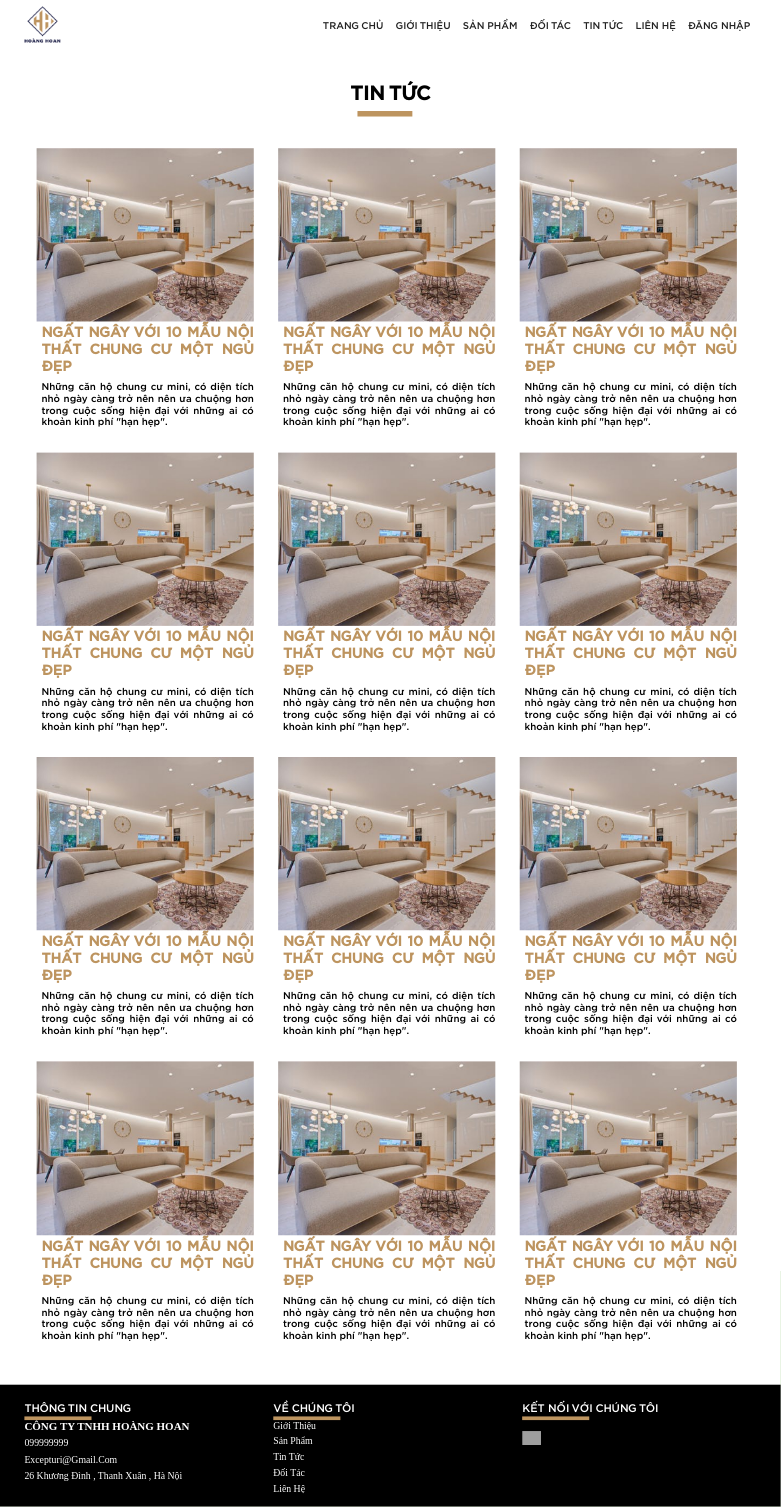
Repository: LDDUNG2003/prj_2
Page: /news
The author's editor kept a copy of each file at every save. The page is drawn from the files as they stood at one save, then again after the next save.
The browser window is 1280 px wide. The pictures show the whole page, at 61% of full size.
Pictures or frames that could not be fetched are drawn as grey boxes. The project was rebuilt for these pictures with package versions that can differ from the ones it lists, and the page was loaded fresh each time. Also part of the build but not shown: src/font-awesome/index.js, src/pages/home/setProductSlick/index.js, src/pages/home/index.js, src/styles/css/contact.css, src/pages/contact/index.js, src/pages/notfoud/index.js, src/pages/login/index.js.

Above is the page before, as saved 2023-09-22 10:54:40.

### public/index.html
<!doctype html>
<html lang="en">
  <head>
    <meta charset="utf-8">
    <meta name="viewport" content="width=device-width, initial-scale=1">
    <link rel="shortcut icon" href="./img/logo.png">
    <link rel="preconnect" href="https://fonts.googleapis.com">
    <link rel="preconnect" href="https://fonts.gstatic.com" crossorigin>
    <link href="https://fonts.googleapis.com/css2?family=Roboto:ital,wght@0,100;0,300;0,400;0,500;1,100;1,400;1,500;1,700;1,900&display=swap" rel="stylesheet">
    <title>Nội Thất Hoàng Hoan</title>
  </head>
  <body>
    <div id="root"></div>
  </body>
</html>

### src/index.js
import React from 'react';
import ReactDOM from 'react-dom';
import App from './App';
import './index.css';

const root = ReactDOM.createRoot(document.getElementById('root'));
root.render(
  <React.StrictMode>
    <App />
  </React.StrictMode>,
);

### src/App.js
import React, { Component, Fragment } from 'react';
import { BrowserRouter as Router , Routes, Route } from 'react-router-dom';
import defaultLayout from './layouts/defaultLayout';
import { publicRoute } from './routes';
import "slick-carousel/slick/slick.css";
import "slick-carousel/slick/slick-theme.css";
import './styles/css/responsive.css';

class App extends Component {
  render() {
    return (
      <Router>
        <div className="App">
        <Routes>
          {publicRoute.map((route ,index) => {
              const Page = route.component
              let Layout
              if(route.layout === 'notlayout'){
                Layout = Fragment
              }else{
                Layout = defaultLayout
              }
              return (<Route
                key={index}
                path={route.path}
                element={
                <Layout>
                    <Page/>
                  </Layout>
                }/>);
            })}
        </Routes>
        </div>
      </Router>
    );
  }
}

export default App;

### src/index.css
@font-face {
    font-family: "Gotham-Medium";
    src: url(./styles/front/Gotham-Medium.otf);
}

@font-face {
    font-family: "Gotham-Thin";
    src: url(./styles/front/Gotham-Thin.otf);
}

@font-face {
    font-family: "Gotham-Ultra";
    src: url(./styles/front/Gotham-Ultra.otf);
}

### src/layouts/defaultLayout/index.js
// import PropTypes from 'prop-types'
import Header from "../header";
import Footer from "../footer";
import "../../styles/css/base.css";

function defaultLayout({children}) {
    return(
        <>
        <Header />
        <div className="content">{children}</div>
        <Footer />
        </>
    );
}

// DefaultLayout.propTypes = {
//     children: PropTypes.node.isRequired
// };
export default defaultLayout

### src/routes/index.js
import Home from '~/pages/home'
import News from '~/pages/news'
import Contact from '~/pages/contact'
import page404 from '~/pages/notfoud'
import Login from '~/pages/login'

const publicRoute = [
    {path: '/',component: Home},
    {path: '/news',component: News},
    {path: '/contact',component: Contact},
    {path: '/*',component: page404, layout: 'notlayout'},
    {path: '/login',component: Login,layout: 'notlayout'}
]

export  {publicRoute}

### src/styles/css/responsive.css
@media (min-width:767px) {
    #mobileMenu {
        display: none;
    }
}

@media (max-width: 767px) {
    #root {
        margin: 0px 5px;
    }
    #mobileMenu {
        display: block;
        text-align: center;
    }
    .logo--block {
        width: 100%;
        display: flex;
        align-items: center;
        justify-content: space-between;
    }
    .navBar {
        display: block;
        height: auto;
    }
    .choose-item {
        width: 100%;
    }
    .menu-mobile {
        width: 40px;
        height: 40px;
        padding: 10px;
        border: 0px;
        background-color: var(--primary-color);
    }
    .news--item-container {
        font-size: 11px;
    }
    .content--title::before {
        display: none;
    }
    .new--item-heading {
        font-size: 14px;
    }
    .navBar__list {
        display: none;
        width: 100%;
    }
    .navBar__list-item {
        padding: 4px;
        border-bottom: 2px solid #ccc;
    }
    .about__us {
        background: none;
    }
    .about__us::before {
        background: none;
    }
    .content__focut {
        position: static;
    }
    .focut--item {
        width: 50%;
    }
    .content__banner {
        width: 100%;
    }
    .banner--content {
        display: none;
    }
    .slick-prev:before,
    .slick-next:before {
        display: none;
    }
    .about--background {
        display: none;
    }
    .about__us-bag {
        position: static;
    }
    .about--block {
        display: block;
    }
    .about--content {
        width: 100%;
        color: var(--text-color);
    }
    .about--content img {
        width: 100%;
    }
    .content--title {
        color: var(--text-color);
    }
    .news--contain {
        display: block;
    }
    .mobile-display {
        display: none;
    }
    .news--contain--item {
        width: 100%;
    }
    .news--list-item {
        width: 100%;
        overflow: hidden;
    }
    .news--list-item img {
        height: 100%;
    }
    .partner--list {
        flex-wrap: wrap;
    }
    .partner--item {
        width: 50%;
    }
    .content--contact {
        display: none;
    }
    .footer__lable {
        display: block;
    }
    .footer--list {
        width: 100%;
        padding: 10px 0px;
    }
    .footer--list-item {
        width: 100%;
        padding: 5px 0px;
    }
    /* news responsive */
    .news--content-list {
        margin: 0px 20px;
    }
    .news--content-item {
        width: 100%;
    }
    .featured--list {
        width: 100%;
        margin: 10px;
        flex-wrap: wrap;
    }
    .featured--item {
        width: 100%;
    }
}

### src/layouts/header/index.js
import ListMenu from "./itemsHeader";
import Login from "./login";
import { FontAwesomeIcon } from "@fortawesome/react-fontawesome"
import { faBars} from "@fortawesome/free-solid-svg-icons";
function Header(){
    let Href = window.location.href
    console.log(Href)

    return (
        <div className="header">
            <div className="navBar">
                <div className="logo--block">
                <img src="./img/logo.png" alt="logo" className="logo" />
                <button onClick={clickMenu} className="menu-mobile" id="mobileMenu"><FontAwesomeIcon icon={faBars} color="#fff"/></button>
                </div>
                <ul className="navBar__list">
                    <ListMenu/>
                    <Login/>
                </ul>
            </div>
        </div>
    )
}
function clickMenu(){
    if (document.getElementsByClassName("navBar__list")[0].style.display === "block") {
        document.getElementsByClassName("navBar__list")[0].style.display = null;
    } else {
        document.getElementsByClassName("navBar__list")[0].style.display = "block";
    }
}

export default Header

### src/styles/css/base.css
* {
    padding: 0px;
    margin: 0px;
    font-family: "Gotham-Medium";
    text-align: justify;
}

:root {
    --primary-color: #bd945f;
    --text-color: #222222;
}


/* font setting */

.App {
    width: 100%;
    overflow: hidden;
    background-color: #fff;
}

.main {
    width: 100%;
}

.header {
    padding: 10px 0px;
    margin: auto;
    width: 100%;
    max-width: 1200px;
}

.navBar {
    display: flex;
    width: 100%;
    justify-content: space-between;
}

.logo {
    height: 60px;
}

.navBar__list {
    display: flex;
    list-style: none;
    align-items: center;
}

.navBar__list-item {
    margin: 0 10px;
    position: relative;
}

.navBar__list--link {
    text-transform: uppercase;
    font-size: 16px;
    color: var(--text-color);
    text-decoration: none;
}

.navBar__list-item::before {
    content: '';
    background-color: var(--primary-color);
    display: block;
    height: 4px;
    margin-top: 7px;
    width: 0px;
    top: 75%;
    position: absolute;
    transition: 0.3s;
    z-index: 1;
}

.select--item::before {
    content: '';
    background-color: var(--primary-color);
    display: block;
    height: 4px;
    margin-top: 7px;
    width: 65px;
    top: 75%;
    position: absolute;
    z-index: 1;
}

.navBar__list-item:hover::before {
    width: 65px;
}

.featured--content {
    padding-top: 10px;
    text-align: center;
}

.featured-name {
    display: contents;
    font-size: 18px;
    text-transform: capitalize;
}

.evaluate--list {
    list-style: none;
    display: flex;
    justify-content: center;
}

.evaluate--list li {
    padding: 5px;
    margin: 0;
}

.note-product {}

.content--title {
    font-size: 32px;
    padding: 50px 0px;
    text-align: center;
    position: relative;
    text-transform: uppercase;
}

.content--title::before {
    content: '';
    background-color: var(--primary-color);
    width: 90px;
    height: 9px;
    position: absolute;
    top: 70%;
    right: 47%;
}

.content__featured {
    width: 100%;
    max-width: 1200px;
    margin: auto;
    padding-bottom: 30px;
}

.featured--list {
    width: 100%;
    list-style: none;
    display: flex;
    text-align: center;
}

.featured--item {}

.featured--img {
    width: 80%;
    margin: auto;
}

.price-product {
    text-align: center;
    padding: 7px 0px;
    font-weight: 800;
    font-size: 16px;
}

.slick-prev:before,
.slick-next:before {
    color: var(--primary-color) !important;
    width: 15px;
    display: inline-block;
}

.footer {
    padding: 20px 0px;
    background-color: black;
}

.footer__lable {
    max-width: 1200px;
    margin: auto;
    display: flex;
    width: 100%;
    justify-content: space-around;
    color: #fff;
    justify-content: space-between;
}

.footer--list {
    list-style: none;
    width: 32%;
}

.footer--list-item {
    font-size: 16px;
    padding-top: 8px;
    text-transform: capitalize;
    font-family: initial;
}

.footer--list-heading {
    font-size: 18px;
    font-weight: 300;
    text-transform: uppercase;
    position: relative;
    padding-bottom: 0px;
    font-family: 'Gotham-Medium';
}

.footer--list-heading::after {
    content: '';
    background-color: var(--primary-color);
    width: 110px;
    padding-top: 6px;
    position: absolute;
    left: 0px;
    bottom: -8px;
}

.footer--inheri {
    text-transform: uppercase;
    font-weight: 600;
    font-size: 18px;
}

.footer--list-contact {
    display: flex;
    list-style: none;
}

.fooder--list-contact-item {
    width: 16px;
    padding: 5px;
}

### src/pages/news/index.js
import NewsList from "./newsListItem";
import "~/styles/css/news.css"
function News() {
    document.title = 'Tin Tức';
    return (
        <div className="news--contet">
            <h2 className="content--title">tin tức</h2>
            <ul className="news--content-list">
                <NewsList/>
            </ul>
        </div>

     );
}

export default News;

### src/layouts/header/itemsHeader/index.js
import { Link } from "react-router-dom"

function ListMenu() {
    var menuItem = ["Trang Chủ", "Giới Thiệu","sản phẩm","Đối Tác","tin tức","Liên hệ"]
    var menuLink = ["/", "/About", "/Products","partner", "/News", "/Contact"]
    var menubar =[]
    for (var i = 0; i < menuItem.length; i++) {
        menubar.push(
            <li onClick={clickLink} className="navBar__list-item" key={i}>
                <Link className="navBar__list--link" to={menuLink[i]}>{menuItem[i]}</Link>
            </li>
        )
        console.log(menuItem[i])
    }
    return (
        <>
        {menubar}
        </>
    );

    function clickLink(){
        document.getElementsByClassName("navBar__list")[0].style.display = null;
    }
}


export default ListMenu;

### src/layouts/header/login/index.js
import { Link } from "react-router-dom"

function Login() {
    var LoginCheck = false
    let nameAccount = "Dung"
    if(LoginCheck){
        return (
            <li onClick={clickLink} className="navBar__list-item">
                <Link className="navBar__list--link">
                    {nameAccount}
                    <ul className="Login--navBar">
                        <li className="Login__list-item">
                            <Link className="navBar__list--link">tài khoản </Link>
                        </li>
                        <li className="Login__list-item">
                            <Link className="navBar__list--link">đổi mật khẩu </Link>
                        </li>
                        <li className="Login__list-item">
                            <Link className="navBar__list--link">đăng xuất</Link>
                        </li>
                    </ul>
                </Link>
            </li>
        )
    }
    else{
        return(
            <li className="navBar__list-item">
                <Link to = "/login" className="navBar__list--link">Đăng Nhập</Link>
            </li>
        )
    }

    function clickLink(){
        document.getElementsByClassName("navBar__list")[0].style.display = null;
    }
}

export default Login;

### src/styles/css/news.css
.news--contet {
    width: 100%;
    max-width: 1200px;
    margin: auto;
    padding-bottom: 50px;
}

.news--content-list {
    display: flex;
    flex-wrap: wrap;
    list-style: none;
    align-items: center;
}

.news--content-item {
    width: 33%;
    padding: 20px;
    box-sizing: border-box;
}

.news--item-img {
    width: 100%;
}

.news--item-contain {
    margin: auto;
    margin-left: 8px;
}

.news--contain-heading {
    font-size: 23px;
    color: var(--primary-color);
    text-transform: uppercase;
}

.news--contain-text {
    padding: 10px 0px 0px 0px;
    font-size: 16px;
}

### src/pages/notfoud/index.css
* {
    -webkit-box-sizing: border-box;
    box-sizing: border-box;
}

body {
    padding: 0;
    margin: 0;
}

#notfound {
    position: relative;
    height: 100vh;
}

#notfound .notfound {
    position: absolute;
    left: 50%;
    top: 50%;
    -webkit-transform: translate(-50%, -50%);
    -ms-transform: translate(-50%, -50%);
    transform: translate(-50%, -50%);
}

.notfound {
    max-width: 520px;
    width: 100%;
    line-height: 1.4;
    text-align: center;
}

.notfound .notfound-404 {
    position: relative;
    height: 200px;
    margin: 0px auto 20px;
    z-index: -1;
}

.notfound .notfound-404 h1 {
    font-family: 'Montserrat', sans-serif;
    font-size: 236px;
    font-weight: 200;
    margin: 0px;
    color: #211b19;
    text-transform: uppercase;
    position: absolute;
    left: 50%;
    top: 50%;
    -webkit-transform: translate(-50%, -50%);
    -ms-transform: translate(-50%, -50%);
    transform: translate(-50%, -50%);
}

.notfound .notfound-404 h2 {
    font-family: 'Montserrat', sans-serif;
    font-size: 28px;
    font-weight: 400;
    text-transform: uppercase;
    color: #211b19;
    background: #fff;
    padding: 10px 5px;
    margin: auto;
    display: inline-block;
    position: absolute;
    bottom: 0px;
    left: 0;
    right: 0;
}

.notfound a {
    font-family: 'Montserrat', sans-serif;
    display: inline-block;
    font-weight: 700;
    text-decoration: none;
    color: #fff;
    text-transform: uppercase;
    padding: 13px 23px;
    background: #ff6300;
    font-size: 18px;
    -webkit-transition: 0.2s all;
    transition: 0.2s all;
}

.notfound a:hover {
    color: #ff6300;
    background: #211b19;
}

@media only screen and (max-width: 767px) {
    .notfound .notfound-404 h1 {
        font-size: 148px;
    }
}

@media only screen and (max-width: 480px) {
    .notfound .notfound-404 {
        height: 148px;
        margin: 0px auto 10px;
    }
    .notfound .notfound-404 h1 {
        font-size: 86px;
    }
    .notfound .notfound-404 h2 {
        font-size: 16px;
    }
    .notfound a {
        padding: 7px 15px;
        font-size: 14px;
    }
}

### src/styles/css/login.css
.login-page {
    width: 360px;
    padding: 8% 0 0;
    margin: auto;
}

.form {
    position: relative;
    z-index: 1;
    background: #FFFFFF;
    max-width: 360px;
    margin: 0 auto 100px;
    padding: 45px;
    text-align: center;
    box-shadow: 0 0 20px 0 rgba(0, 0, 0, 0.2), 0 5px 5px 0 rgba(0, 0, 0, 0.24);
}

.form input {
    font-family: "Roboto", sans-serif;
    outline: 0;
    background: #f2f2f2;
    width: 100%;
    border: 0;
    margin: 0 0 15px;
    padding: 15px;
    box-sizing: border-box;
    font-size: 14px;
}

.form button {
    font-family: "Roboto", sans-serif;
    text-transform: uppercase;
    outline: 0;
    background: #4CAF50;
    width: 100%;
    border: 0;
    padding: 15px;
    color: #FFFFFF;
    font-size: 14px;
    -webkit-transition: all 0.3 ease;
    transition: all 0.3 ease;
    cursor: pointer;
}

.form button:hover,
.form button:active,
.form button:focus {
    background: #43A047;
}

.form .message {
    margin: 15px 0 0;
    color: #b3b3b3;
    font-size: 12px;
}

.form .message a {
    color: #4CAF50;
    text-decoration: none;
}

.form .register-form {
    display: none;
}

.container {
    position: relative;
    z-index: 1;
    max-width: 300px;
    margin: 0 auto;
}

.container:before,
.container:after {
    content: "";
    display: block;
    clear: both;
}

.container .info {
    margin: 50px auto;
    text-align: center;
}

.container .info h1 {
    margin: 0 0 15px;
    padding: 0;
    font-size: 36px;
    font-weight: 300;
    color: #1a1a1a;
}

.container .info span {
    color: #4d4d4d;
    font-size: 12px;
}

.container .info span a {
    color: #000000;
    text-decoration: none;
}

.container .info span .fa {
    color: #EF3B3A;
}

body {
    background: #76b852;
    /* fallback for old browsers */
    background: rgb(141, 194, 111);
    background: linear-gradient(90deg, rgba(141, 194, 111, 1) 0%, rgba(118, 184, 82, 1) 50%);
    font-family: "Roboto", sans-serif;
    -webkit-font-smoothing: antialiased;
    -moz-osx-font-smoothing: grayscale;
}

### src/styles/css/home.css
.content {
    width: 100%;
    /* max-width: 1500px; */
    margin: auto;
}

.content__banner {
    width: 100%;
    position: relative;
}

.content--list-image {
    width: 100%;
    max-width: 1500px;
    margin: auto;
}

.content--image {
    width: 100%;
}

.banner--content {
    position: absolute;
    top: 10%;
    left: 15%;
}

.banner--content-text-title {
    text-transform: uppercase;
    font-family: 800;
    font-family: "gotham-utral";
    font-size: 25px;
}

.banner--content-text {
    font-size: 18px;
    color: var(--text-color);
    width: 420px;
}

.banner--button {
    padding: 20px;
    color: aliceblue;
    background-color: var(--primary-color);
    border: none;
    font-family: "gotham-utral";
    font-size: 18px;
    cursor: pointer;
}

.content__focut {
    position: relative;
    background-color: #ffffff;
    top: -60px;
    max-width: 1200px;
    width: 100%;
    margin: auto;
}

.focut--list {
    margin: auto;
    display: flex;
    width: 100%;
    list-style: none;
    flex-wrap: wrap;
}

.focut--item {
    width: 25%;
    text-align: center;
}

.focut--img {
    width: 100%;
}

.focut--text {
    text-align: center;
    font-size: 23px;
}

.content__featured {
    width: 100%;
    max-width: 1200px;
    margin: auto;
    padding-bottom: 30px;
}

.featured--list {
    width: 100%;
    list-style: none;
    display: flex;
    text-align: center;
}

.featured--item {
    width: 24%;
}

.featured--img {
    width: 80%;
    margin: auto;
}

.about__us {
    position: relative;
    width: 100%;
    max-width: 1500px;
    margin: auto;
    padding: 20px 0px;
    background-image: url("../img/bg-about-us.jpg");
    display: flex;
    justify-content: center;
}

.about__us::before {
    content: "";
    position: absolute;
    width: 100%;
    height: 100%;
    background-color: black;
    opacity: 0.5;
    z-index: 0;
    top: 0px;
    display: block;
}

.about__us-bag {
    top: 0px;
    width: 100%;
    max-width: 1200px;
    left: 10%;
    color: #ffffff;
    z-index: 1;
}

.about__content {
    width: 100%;
}

.about--block {
    display: flex;
    justify-content: space-between;
}

.about--content {
    width: 47%;
}

.about--content--title {
    font-size: 23px;
}

.about--text--list {
    font-size: 16px;
    padding: 10px 0px;
}

.about--text {
    padding: 10px 0px;
}

.about--list {
    list-style: none;
    display: flex;
}

.about--item {
    width: 20%;
    padding: 4px;
}

.about--img {
    width: 100%;
}

.choose__choose {
    width: 100%;
}

.choose--list {
    list-style: none;
    display: flex;
    flex-wrap: wrap;
    justify-content: space-between;
}

.choose--item {
    align-items: center;
    margin: 5px 0px;
    width: 48%;
    display: flex;
    background-color: #ffffff;
}

.choose--content-title {
    color: var(--primary-color);
    font-size: 23px;
    text-transform: uppercase;
    font-weight: 800;
}

.choose--text {
    font-weight: 700;
    font-size: 16px;
    padding: 5px 0px;
    color: var(--text-color);
}

.news {
    margin: auto;
    width: 100%;
    max-width: 1500px;
}

.content--title {}

.news--contain {
    margin: auto;
    display: flex;
    width: 100%;
    justify-content: space-between;
}

.news--contain--item {
    width: 48%;
    position: relative;
}

.impotant--grd {
    height: 460px;
    width: 100%;
}

.news-contain-impotant {
    margin-right: 10px;
    position: absolute;
    bottom: 0;
    height: 30%;
    background-color: var(--primary-color);
    padding: 20px 10px;
    width: 100%;
}

.news--impotant-heading {
    font-size: 23px;
    text-transform: uppercase;
    color: #ffffff;
}

.news--impotant-text {
    font-size: 16px;
}

.news--list {
    list-style: none;
}

.news--list-item {
    margin: 5px 0;
    display: flex;
    height: 105px;
}

.new--item-heading {
    font-size: 21px;
    text-transform: capitalize;
}

.news--item-container {
    font-size: 16px;
    margin: 5px;
    font-weight: 100;
    text-align: justify;
}

.news--impotant-text {
    margin: 0px;
}

.partner--contain {}

.partner--list {
    display: flex;
    list-style: none;
    flex-wrap: wrap;
    width: 100%;
    /* setup max width  */
    max-width: 1200px;
    margin: auto;
}

.partner--item {
    /* setup width calc 100/7 */
    width: calc(100% / 7);
    /* width: calc(100%/7%); */
}

.content--contact {
    width: 100%;
    margin: auto;
    max-width: 1600px;
    position: relative;
    box-sizing: border-box;
}

.contact--contain {
    height: 100%;
}

.contact-bg {
    width: 100%;
    height: 100%;
}

.contact-contain {}

.contact-image {
    position: absolute;
    display: none;
}

Loaded but not shown: src/layouts/footer/index.js (47 lines, source omitted); src/pages/news/newsListItem/index.js (35 lines, source omitted)

After the next save:
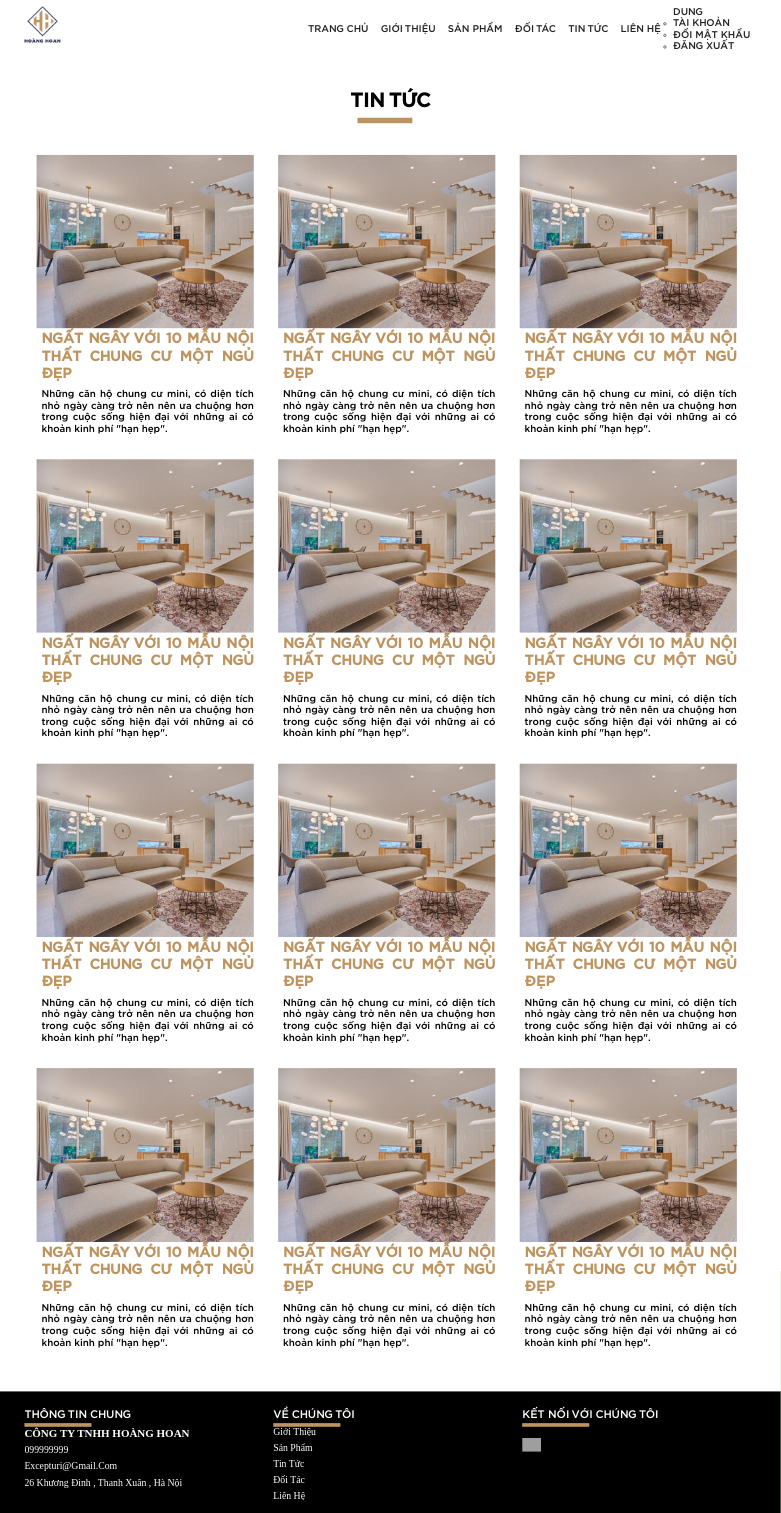
Saved 1 s later.
--- a/src/layouts/header/login/index.js
+++ b/src/layouts/header/login/index.js
@@ -1,7 +1,7 @@
 import { Link } from "react-router-dom"
 
 function Login() {
-    var LoginCheck = false
+    var LoginCheck = true
     let nameAccount = "Dung"
     if(LoginCheck){
         return (
